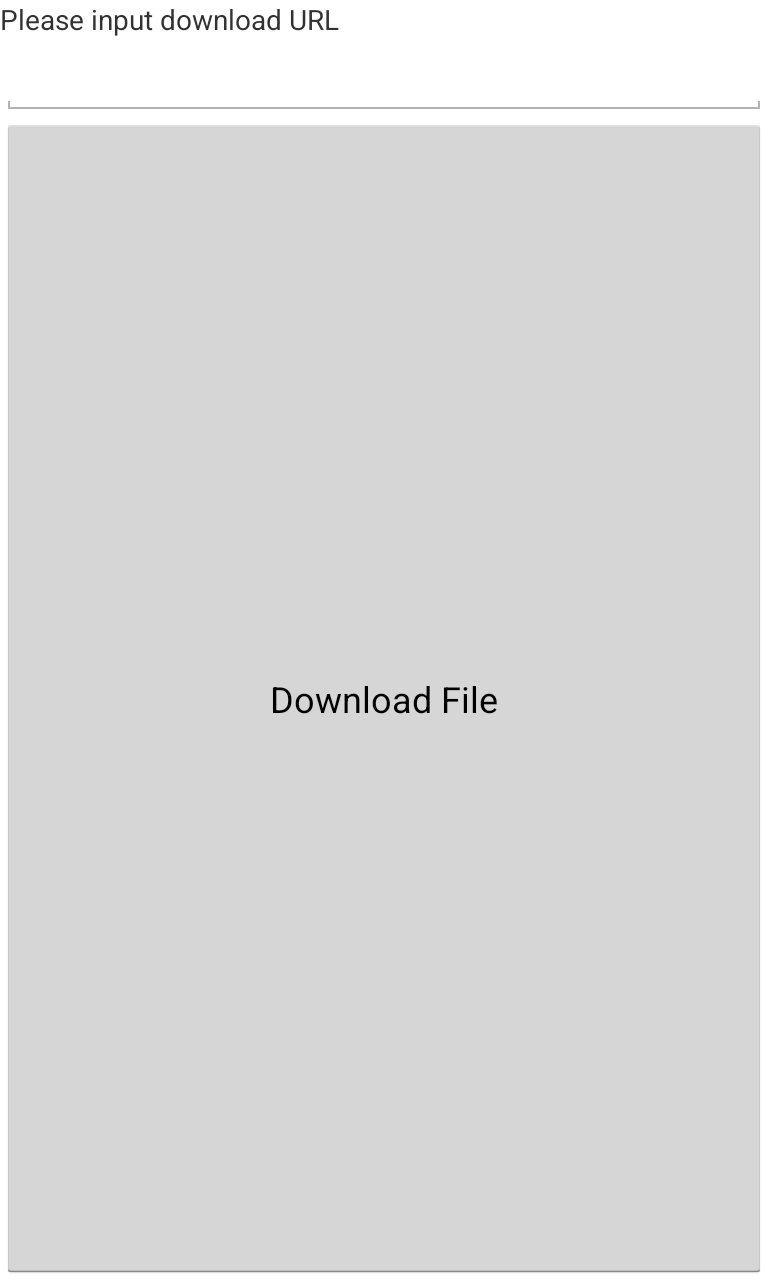
Repository: ChenLongAHXC/AndroidPractice
Layout: Download/res/layout/activity_main.xml
An editor plug-in stored every save of this project. The layout is shown before and after the next save, followed by the edit.
It is drawn on a 768 x 1280 px phone screen (xhdpi) without system bars, with theme AppTheme; the app's code is not run.

Above is the layout before, as saved 2014-03-06 15:27:48.

After the next save:
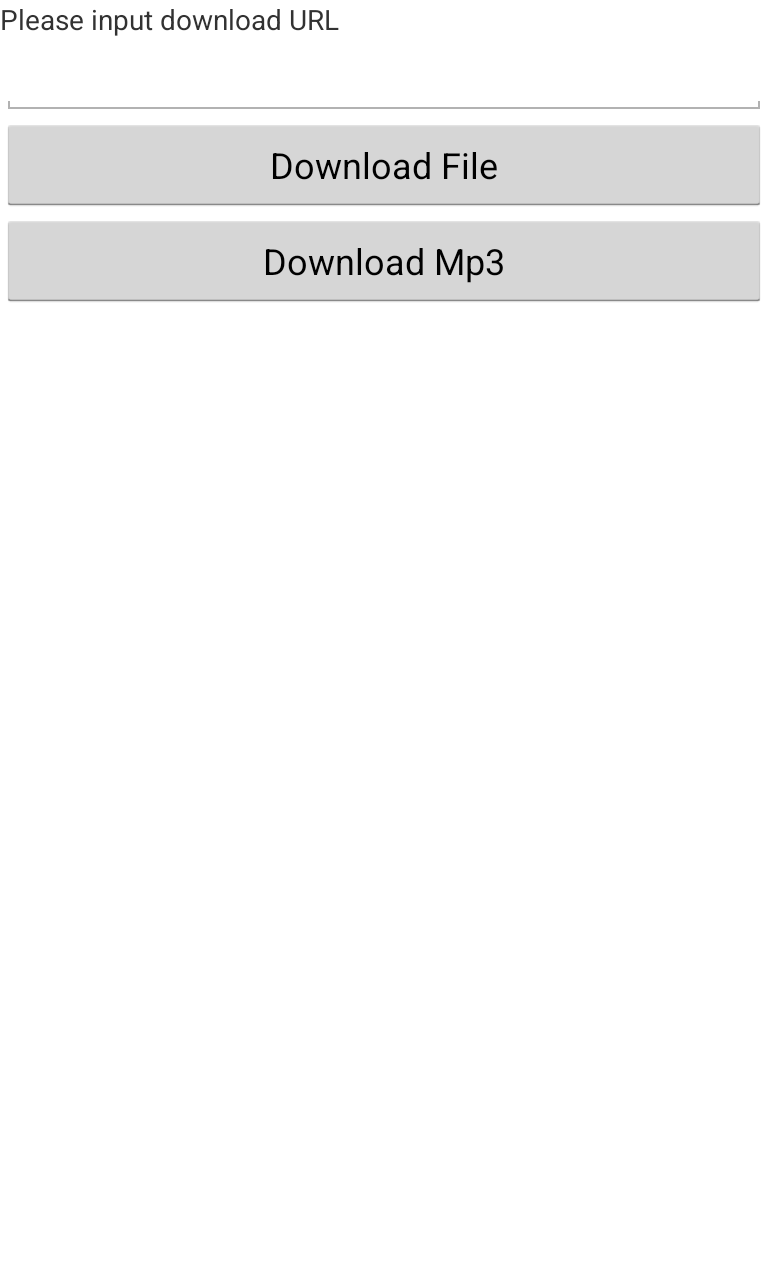
Saved 79 s later.
--- a/Download/res/layout/activity_main.xml
+++ b/Download/res/layout/activity_main.xml
@@ -16,13 +16,13 @@
 	<Button
 	    android:id="@+id/downloadFile"
 		android:layout_width="fill_parent"
-    	android:layout_height="match_parent"
+        android:layout_height="wrap_content"
     	android:text="@string/downloadFile"/>
 
 	<Button
 	    android:id="@+id/downloadMp3"
 		android:layout_width="fill_parent"
-    	android:layout_height="match_parent"
+        android:layout_height="wrap_content"
     	android:text="@string/downloadMp3"/>
 
 </LinearLayout>
